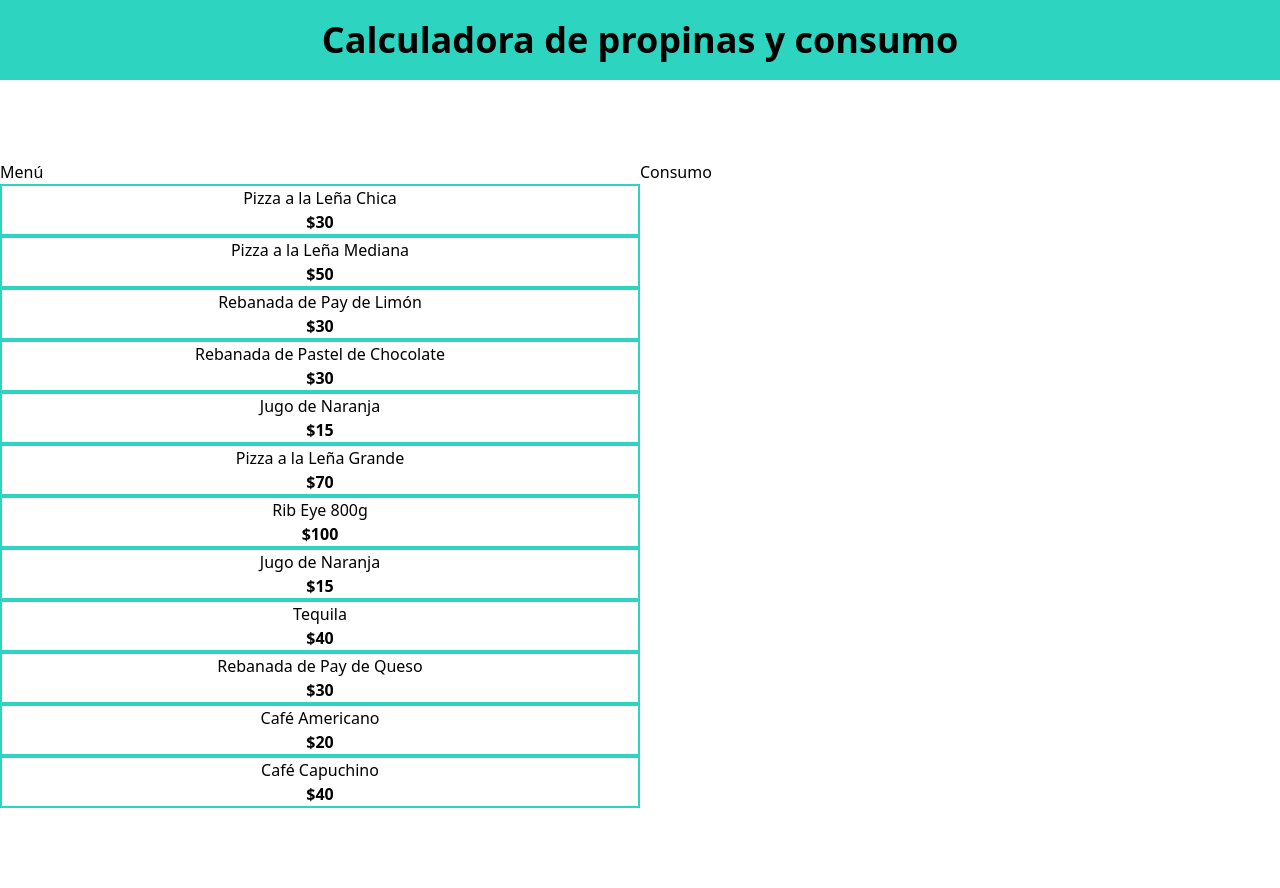
Repository: Samuel-Leal96/calculador_propinas
Page: /
An editor plug-in stored every save of this project. The page is shown before and after the next save, followed by the edit.
The browser window is 1280 px wide. The pictures show the whole page.
The project was rebuilt for these pictures with package versions that can differ from the ones it lists, and the page was loaded fresh each time. Also part of the build but not shown: vite.config.ts.

Above is the page before, as saved 2025-10-20 17:13:51.

### index.html
<!doctype html>
<html lang="en">
  <head>
    <meta charset="UTF-8" />
    <link rel="icon" type="image/svg+xml" href="/vite.svg" />
    <meta name="viewport" content="width=device-width, initial-scale=1.0" />
    <title>calculaora_propinas</title>
  </head>
  <body>
    <div id="root"></div>
    <script type="module" src="/src/main.tsx"></script>
  </body>
</html>

### src/App.tsx
import MenuItem from "./components/MenuItem";
import { menuItems } from "./data/db";

function App() {

  return (
    <>
      <header className="bg-teal-400 p-5">
        <h1 className="text-center text-4xl font-black">Calculadora de propinas y consumo</h1>
      </header>

      <main className="max-w-7xl mx-auto py-20 grid md:grid-cols-2">
        <div>
          <h2>Menú</h2>

          {menuItems.map((item) => (
            <MenuItem key={item.id}
              item={item}
            />
          ))}
        </div>

        <div>
          <h2>Consumo</h2>

        </div>

      </main>
    </>
  )
}

export default App

### src/components/MenuItem.tsx
import type { MenuItem } from "../types";

type MenuItemProps = {
    item: MenuItem;
}

export default function MenuItem({ item }: MenuItemProps) {
    return (
        <button
            className="border-2 border-teal-400 w-full "
        >
            <p>{item.name}</p>
            <p className="font-black">${item.price}</p>
        </button>
    )
}

### src/data/db.ts
import type { MenuItem } from "../types";

export const menuItems: MenuItem[] = [
    {
      "id": 1,
      "name": "Pizza a la Leña Chica",
      "price": 30
    },
    {
      "id": 2,
      "name": "Pizza a la Leña Mediana",
      "price": 50
    },
    {
      "id": 3,
      "name": "Rebanada de Pay de Limón",
      "price": 30
    },
    {
      "id": 4,
      "name": "Rebanada de Pastel de Chocolate",
      "price": 30
    },
    {
      "id": 5,
      "name": "Jugo de Naranja",
      "price": 15
    },
    {
      "id": 6,
      "name": "Pizza a la Leña Grande",
      "price": 70
    },
    {
      "id": 7,
      "name": "Rib Eye 800g",
      "price": 100
    },
    {
      "id": 8,
      "name": "Jugo de Naranja",
      "price": 15
    },
    {
      "id": 9,
      "name": "Tequila",
      "price": 40
    },
    {
      "id": 10,
      "name": "Rebanada de Pay de Queso",
      "price": 30
    },
    {
      "id": 11,
      "name": "Café Americano",
      "price": 20
    },
    {
      "id": 12,
      "name": "Café Capuchino",
      "price": 40
    }
]

Loaded but not shown: src/main.tsx (common file); src/index.css (common file); tailwind.config.js (common file)

After the next save:
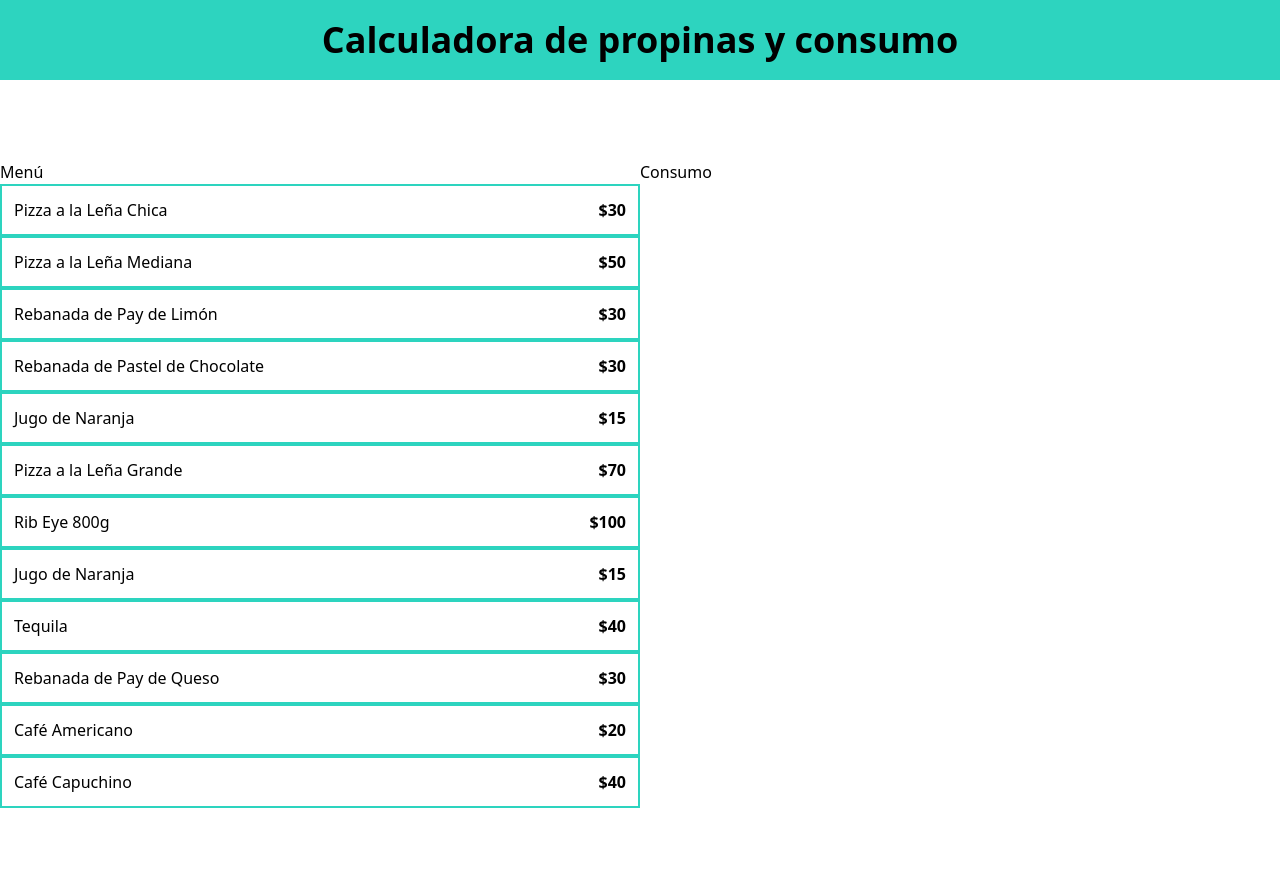
Saved 34 s later.
--- a/src/components/MenuItem.tsx
+++ b/src/components/MenuItem.tsx
@@ -7,7 +7,7 @@ type MenuItemProps = {
 export default function MenuItem({ item }: MenuItemProps) {
     return (
         <button
-            className="border-2 border-teal-400 w-full "
+            className="border-2 border-teal-400 w-full p-3 flex justify-between items-center"
         >
             <p>{item.name}</p>
             <p className="font-black">${item.price}</p>
